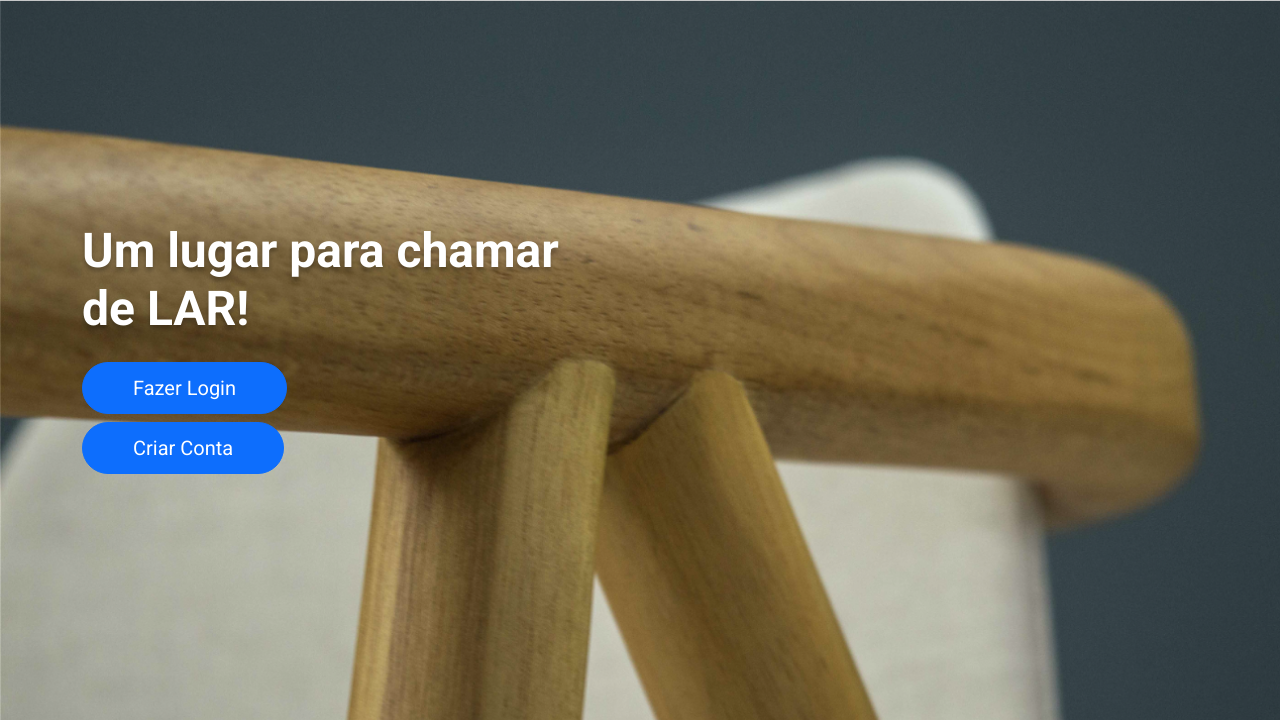
Repository: telesbp/Projeto-4-e-Projeto-5
Page: / (app in front-end/)
An editor plug-in stored every save of this project. The page is shown before and after the next save, followed by the edit.
The browser window is 1280 px wide. The pictures show the whole page.
The project was rebuilt for these pictures with package versions that can differ from the ones it lists, and the page was loaded fresh each time.

Above is the page before, as saved 2022-07-17 15:48:18.

### front-end/public/index.html
<!DOCTYPE html>
<html lang="pt-BR">
  <head>
    <meta charset="utf-8" />
    <link rel="icon" href="%PUBLIC_URL%/favicon.ico" />
    <meta name="viewport" content="width=device-width, initial-scale=1" />
    <meta name="theme-color" content="#000000" />
    <meta
      name="description"
      content="Seu negócio automatizado!"
    />
    <link rel="apple-touch-icon" href="%PUBLIC_URL%/logo192.png" />
    <!--
      manifest.json provides metadata used when your web app is installed on a
      user's mobile device or desktop. See https://developers.google.com/web/fundamentals/web-app-manifest/
    -->
    <link rel="manifest" href="%PUBLIC_URL%/manifest.json" />
    <!--
      Notice the use of %PUBLIC_URL% in the tags above.
      It will be replaced with the URL of the `public` folder during the build.
      Only files inside the `public` folder can be referenced from the HTML.

      Unlike "/favicon.ico" or "favicon.ico", "%PUBLIC_URL%/favicon.ico" will
      work correctly both with client-side routing and a non-root public URL.
      Learn how to configure a non-root public URL by running `npm run build`.
    -->
    <title>Stagio</title>

    <link rel="preconnect" href="https://fonts.googleapis.com">
    <link rel="preconnect" href="https://fonts.gstatic.com" crossorigin>
    <link href="https://fonts.googleapis.com/css2?family=Roboto:wght@400;700&display=swap" rel="stylesheet">
  </head>
  <body>
    <noscript>You need to enable JavaScript to run this app.</noscript>
    <div id="root"></div>
    <!--
      This HTML file is a template.
      If you open it directly in the browser, you will see an empty page.

      You can add webfonts, meta tags, or analytics to this file.
      The build step will place the bundled scripts into the <body> tag.

      To begin the development, run `npm start` or `yarn start`.
      To create a production bundle, use `npm run build` or `yarn build`.
    -->
  </body>
</html>

### front-end/src/index.tsx
import React from 'react';
import ReactDOM from 'react-dom/client';
import App from './App';
import 'bootstrap/dist/css/bootstrap.min.css';
import { BrowserRouter } from 'react-router-dom';
import 'react-toastify/dist/ReactToastify.css';
import { ToastContainer } from 'react-toastify';
import { GlobalStyle } from './assets/css/global';

const root = ReactDOM.createRoot(
  document.getElementById('root') as HTMLElement
);
root.render(
  <React.StrictMode>
    <BrowserRouter>
    <GlobalStyle/>
      <App />
      <ToastContainer/>
    </BrowserRouter>
  </React.StrictMode>
);

### front-end/src/App.tsx
import { HomeView } from "./views/Home";

function App() {
  return (
    <HomeView/>
  );
}

export default App;

### front-end/src/assets/css/global.ts
import { createGlobalStyle } from "styled-components";

export const GlobalStyle = createGlobalStyle`
    body{
       font-family: 'Roboto', sans-serif;
    }
`

### front-end/src/views/Home/index.tsx
import { Container } from "react-bootstrap";
import styled from "styled-components";
import bgSite from "../../assets/img/cadeira1.png"
import { CustomButton } from "../../components/CustomButton";

export function HomeView(){
    return(
        <Banner className="vh-100">
            <Container className="h-100 d-flex flex-column justify-content-center align-items-center align-items-lg-start">
                <Title className="text-center text-white text-lg-start mt-auto mt-lg-0 ">Um lugar para chamar de LAR!</Title>
                <CustomButton size="lg" className="mt-auto mt-lg-3 mb-2">Fazer Login</CustomButton>
                <CustomButton size="lg" className="mb-4">Criar Conta</CustomButton>
            </Container>
        </Banner>
    )
}

const Banner = styled.div`
    background: url(${bgSite}) no-repeat center center;
    background-size: cover;
`
const Title = styled.h1`
    font-size: 2.25rem;
    font-weight: bold;
    text-shadow: 0 4px 4px rgba(0, 0, 0, 0.25);
    @media (min-width: 992px){
        font-size: 3rem;
        max-width: 500px;
    }
`

### front-end/src/components/CustomButton/index.tsx
import { Button, ButtonProps } from "react-bootstrap";
import styled from "styled-components";

export function CustomButton(props: ButtonProps ) {
    return(
        <ButtonStyled {...props}/>
    )
}
const ButtonStyled = styled(Button)`
    border-radius: 50px;
    font-weight: 500;
    padding:10px 50px 10px 50px;
`

After the next save:
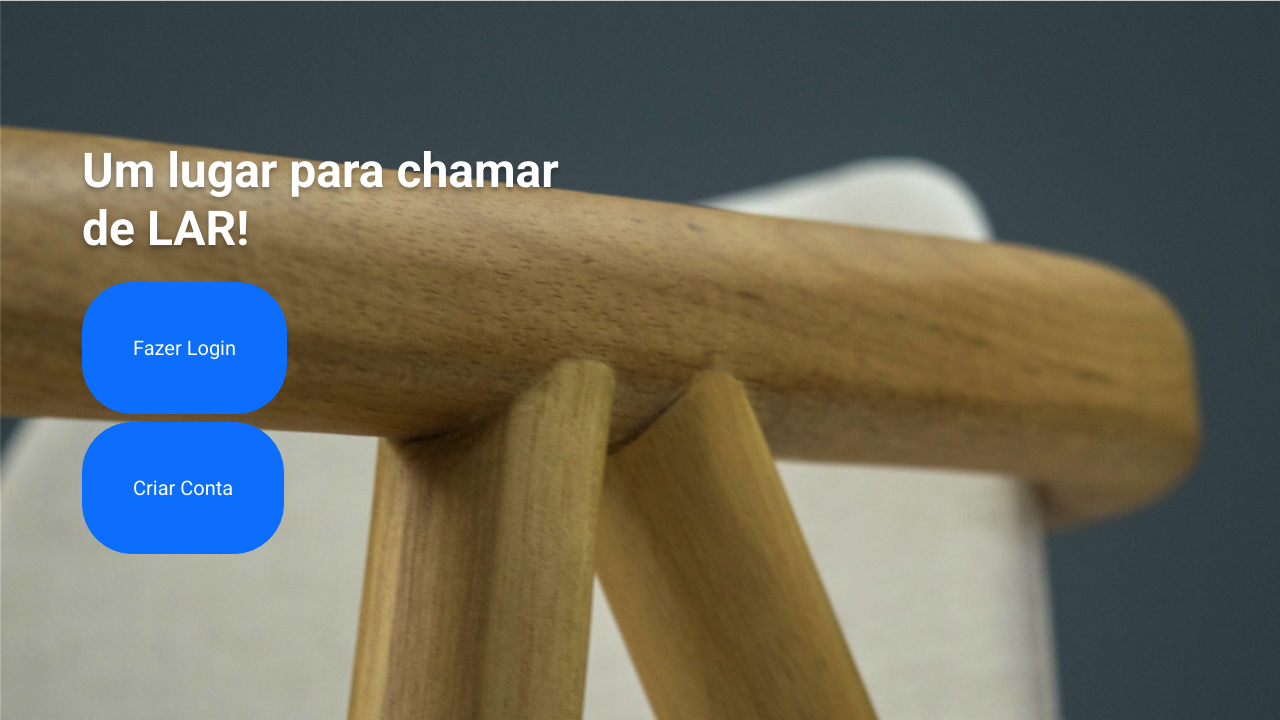
Saved 6 s later.
--- a/front-end/src/components/CustomButton/index.tsx
+++ b/front-end/src/components/CustomButton/index.tsx
@@ -9,5 +9,5 @@ export function CustomButton(props: ButtonProps ) {
 const ButtonStyled = styled(Button)`
     border-radius: 50px;
     font-weight: 500;
-    padding:10px 50px 10px 50px;
+    padding:50px 50px 50px 50px;
 `
